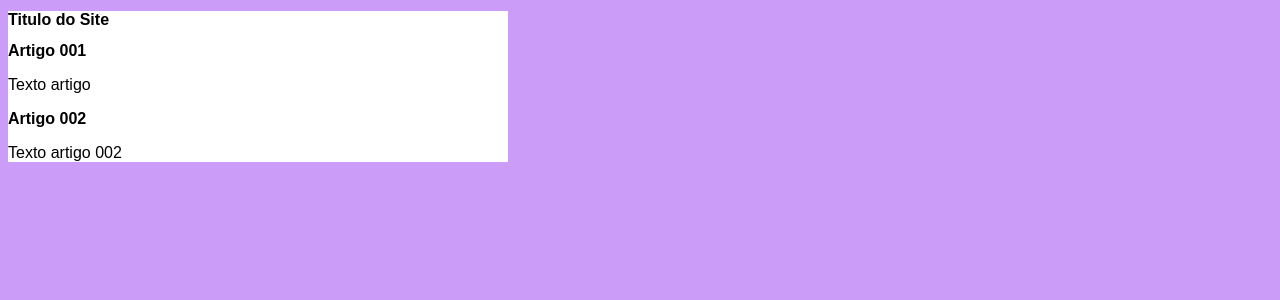
Repository: robertacristinaabreu01/projeto-siteGitHub
Page: index.html
These files come from the project's save history. The page is drawn as it stood at one moment and after a run of saves; the edit follows.
The browser window is 1280 px wide. The pictures show the whole page.

Above is the page before, as saved 2021-01-23 21:49:28.

After the next 2 saves:
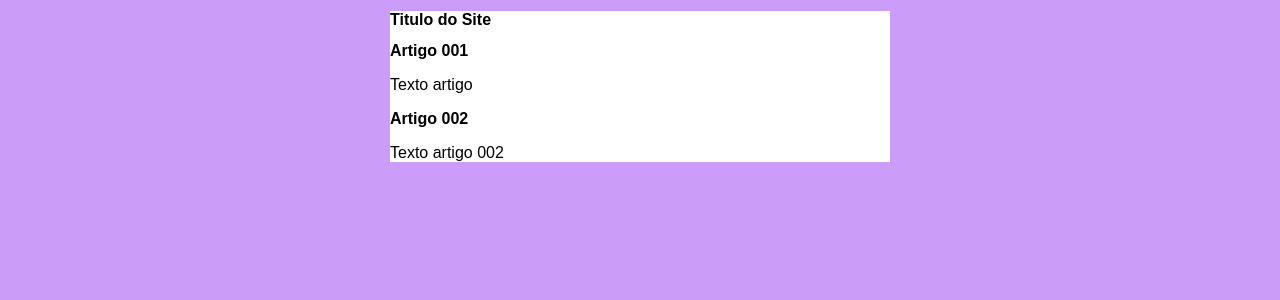
The 2 saves are shown as one change because they came seconds apart.
The last was saved 18 s later.
--- a/estilos/style.css
+++ b/estilos/style.css
@@ -12,5 +12,6 @@ main{
 
 background-color:white;
 width:500px;
-
+margin:auto;
+box-shadow: 3px
 }
